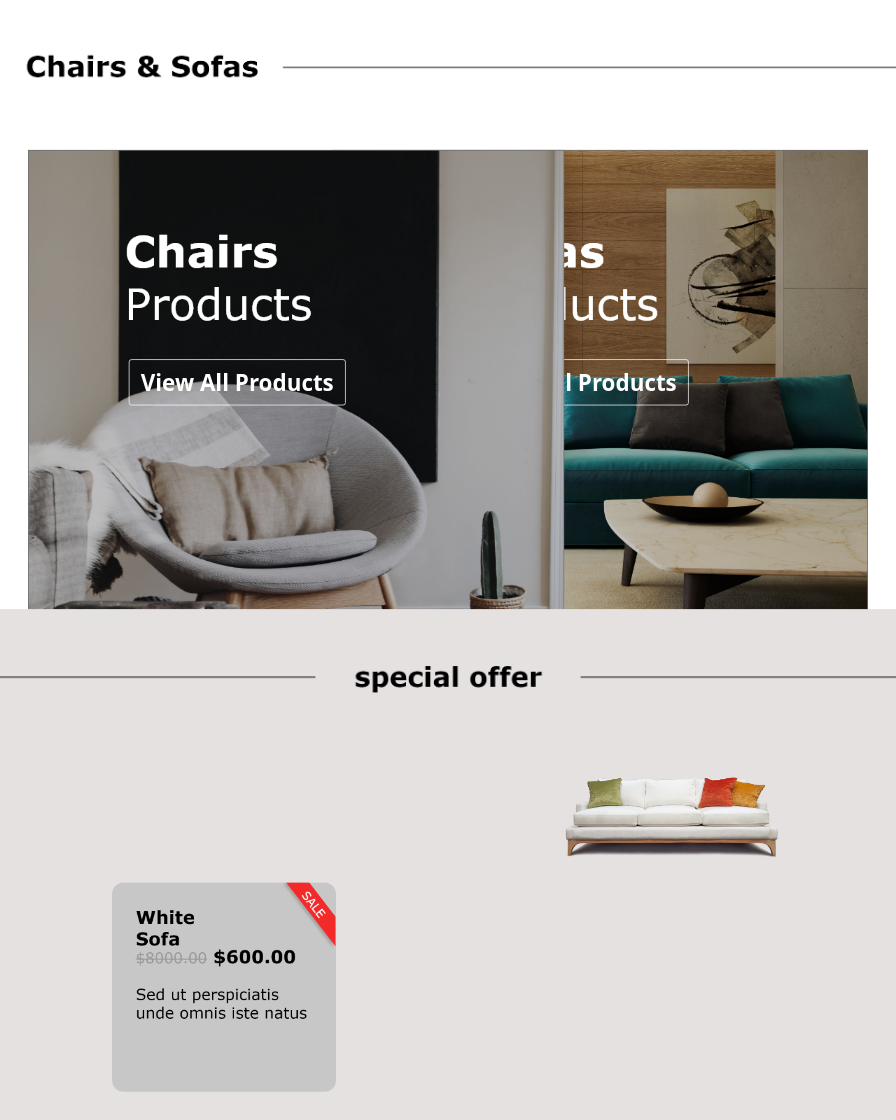
Repository: MEROO1010/creative_home
Page: /
An editor plug-in stored every save of this project. The page is shown before and after the next save, followed by the edit.
The browser window is 1280 px wide. The pictures show the part of the page from y = 763 to 2683 px (the page is 2363 px tall before and 2683 px after), at 70% of full size.
The project was rebuilt for these pictures with package versions that can differ from the ones it lists, and the page was loaded fresh each time. The framework's server and built-in components were replaced by stand-ins that run in the browser. Also part of the build but not shown: next.config.js.

Above is the page before, as saved 2022-12-12 10:01:18.

### pages/_app.tsx
import '../styles/globals.css'
import type { AppProps } from 'next/app'

export default function App({ Component, pageProps }: AppProps) {
  return <Component {...pageProps} />


}

### pages/index.tsx
import styles from '../styles/Home.module.css'
import Firstsection from '../components/Firstsection'
import Chair_Sofa from '../components/Chair_Sofa'
import SpecialOffer from '../components/SpecialOffer'



export default function Home() {
  return (
    <div className='overflow-y-auto'>

    <div>
      <Firstsection/>

      <Chair_Sofa/>

      <div  >
      <SpecialOffer/>
      </div>



    </div>



    </div>

  )
}

### components/Firstsection.tsx
import React from 'react'
import Image from 'next/image'
import first_img from '../assets/images/first_img.png'


const firstsection = () => {
  return (
    <div>
      <Image src={first_img} alt={''}/>
    </div>
  )
}

export default firstsection

### components/Chair_Sofa.tsx
import React from 'react'
import Image from 'next/image'

import Title1 from '../assets/images/title1.png'
import righBtn from '../assets/images/btn-r.png'
import leftBtn from '../assets/images/btn-l.png'




const Chair_Sofa = () => {
  return (
    <div className='py-4 '>
     <div className='my-20 py-4'>
     <Image src={Title1} alt={''}/>
     </div>

     <div className=" absolute   	 right-10	     ">
      <Image src={righBtn} alt={''}/>
      <div className="absolute bottom-60   left-40 mx-10 my-28 bg-transparent hover:bg-gray-500 text-white  text-[32px] font-semibold hover:text-white py-2 px-4 border border-white hover:border-transparent rounded w-394 h-82   "><button>View All Products</button></div>
     </div>

     <div className=" absolute left-10  ">
      <Image src={leftBtn} alt={''}/>
      <div className="absolute bottom-60   left-20 mx-16 my-28 bg-transparent hover:bg-gray-500 text-white  text-[32px] font-semibold hover:text-white py-2 px-4 border border-white hover:border-transparent rounded w-394 h-82   "><button>View All Products</button></div>
     </div>

      <div>

      </div>

   </div>
  )
}

export default Chair_Sofa

### components/SpecialOffer.tsx
import React from 'react'
import Image from 'next/image'
import specialOffer from '../assets/images/specialOffer.png'
import sofa2 from '../assets/images/sofa2.png'
import image2 from '../assets/images/img2.png'




const SpecialOffer = () => {
  return (
    <div className='bottom-100'>
      <div className="relative bg-[#E6E1E1]  py-10    my-80  top-80    ">
        <div className=' py-4 my-4 top-20'>
          <Image src={specialOffer} alt=''/>

         </div>

         <div className='  relative mx-80 left-80 px-40'>
          <Image src={sofa2} alt=''/>

         </div>

         <div className='relative  mx-80 right-80 px-40 '>
          <Image src={image2} alt=''/>
         </div>
    </div>
    </div>
  )
}

export default SpecialOffer

### tailwind.config.js
/** @type {import('tailwindcss').Config} */
module.exports = {
  content: [
    "./pages/**/*.{js,ts,jsx,tsx}",
    "./components/**/*.{js,ts,jsx,tsx}",
  ],
  theme: {

    extend: {},
  },
  plugins: [],
}

Loaded but not shown: styles/globals.css (common file)

After the next save:
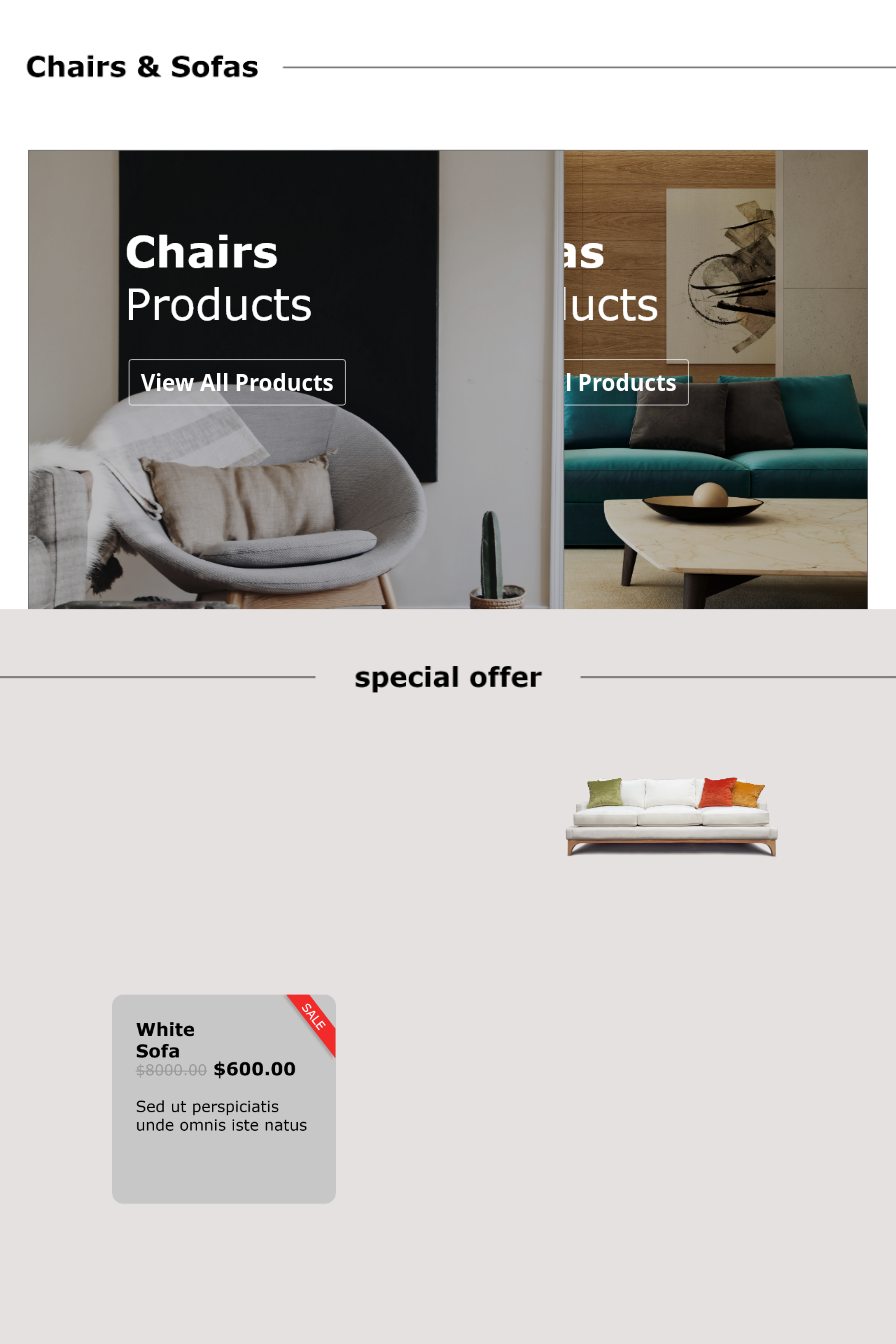
Saved 13 s later.
--- a/components/SpecialOffer.tsx
+++ b/components/SpecialOffer.tsx
@@ -21,7 +21,7 @@ const SpecialOffer = () => {
 
          </div>
 
-         <div className='relative  mx-80 right-80 px-40 '>
+         <div className='relative   my-40 mx-80 right-80 px-40 '>
           <Image src={image2} alt=''/>
          </div>
     </div>
